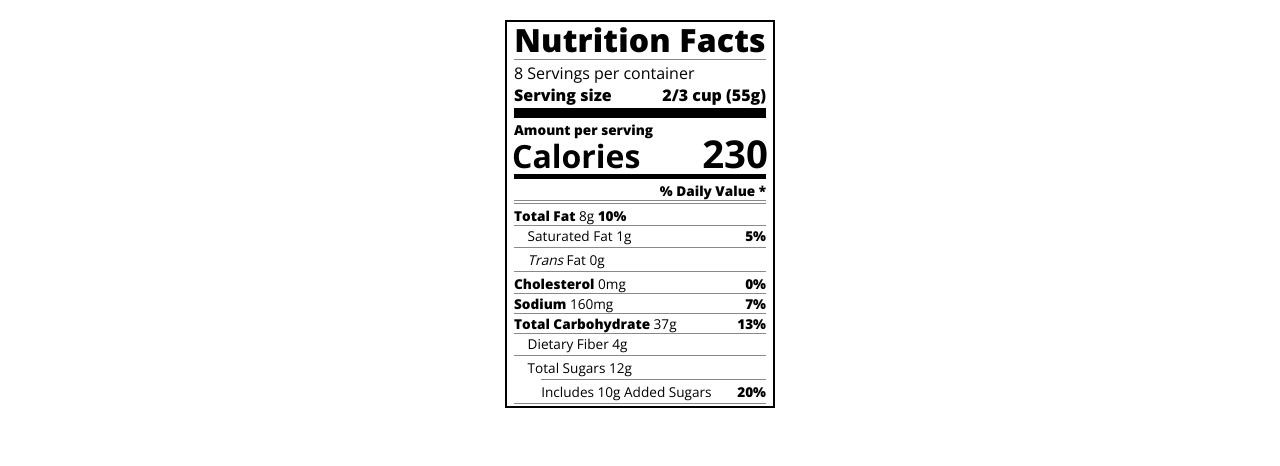
Repository: Lungdjos/typography
Page: index.html
An editor plug-in stored every save of this project. The page is shown before and after the next save, followed by the edit.
The browser window is 1280 px wide. The pictures show the whole page.

Above is the page before, as saved 2023-10-28 02:50:35.

### index.html
<!DOCTYPE html>
<html lang="en">

<head>
    <meta charset="UTF-8">
    <meta name="viewport" content="width=device-width, initial-scale=1.0">
    <title>Nutrition Label</title>
    <link rel="stylesheet" href="styles.css">
    <link rel="stylesheet" href="https://fonts.googleapis.com/css?family=Open+Sans:400,700,800">
</head>

<body>
    <div class="label">
        <header>
            <h1 class="bold">Nutrition Facts</h1>
            <div class="divider"></div>
            <p>8 Servings per container</p>
            <p class="bold">Serving size <span>2/3 cup (55g)</span></p>
        </header>
        <div class="divider large"></div>
        <div class="calories-info">
            <div class="left-container">
                <h2 class="bold small-text">Amount per serving</h2>
                <p>Calories</p>
            </div>
            <span>230</span>
        </div>
        <div class="divider medium"></div>
        <div class="daily-value small-text">
            <p class="bold right">% Daily Value *</p>
            <div class="divider"></div>
            <p><span><span class="bold">Total Fat</span> 8g <span class="bold">10%</span></span>
            </p>
            <p class="indent no-divider">Saturated Fat 1g <span class="bold">5%</span></p>
            <div class="divider"></div>
            <p class="indent no-divider"><span><i>Trans</i> Fat 0g</span></p>
            <div class="divider"></div>
            <p><span><span class="bold">Cholesterol </span> 0mg</span> <span class="bold">0%</span></p>
            <p><span><span class="bold">Sodium</span> 160mg</span> <span class="bold">7%</span></p>
            <p><span><span class="bold">Total Carbohydrate</span> 37g</span> <span class="bold">13%</span></p>
            <p class="indent no-divider">Dietary Fiber 4g</p>
            <div class="divider"></div>
            <p class="indent no-divider">Total Sugars 12g</p>
            <div class="divider double-indent"></div>
            <p class="double-indent no-divider">Includes 10g Added Sugars <span class="bold">20%</span></p>
            <div class="divider"></div>
            <p class="indent no-divider"></p>
        </div>
    </div>

</body>

</html>

### styles.css
body {
    font-family: "Open Sans", sans-serif;
}

html {
    font-size: 16px;
}

.label {
    border: 2px solid black;
    width: 270px;
    margin: 20px auto;
    padding: 0 7px;
}

* {
    box-sizing: border-box;
}

header h1 {
    text-align: center;
    margin: -4px 0;
    letter-spacing: .15PX;
}

p {
    margin: 0;
    display: flex;
    justify-content: space-between;
}

.divider {
    border-bottom: 1px solid #888989;
    margin: 2px 0;
}

.bold {
    font-weight: 800;
}

.large {
    height: 10px;
}

.large,
.medium {
    background-color: black;
    border: 0;
}

.small-text {
    font-size: .85rem;
}

.calories-info h2 {
    margin: 0;
}

.calories-info {
    display: flex;
    justify-content: space-between;
    align-items: flex-end;
}

.left-container p {
    margin: -5px -2px;
    font-size: 2em;
    font-weight: 700;
}

.calories-info span {
    font-size: 2.4em;
    font-weight: 700;
    margin: -7px -2px;
}

.medium {
    height: 5px;
}

.right {
    justify-content: flex-end;
}

.indent {
    margin-left: 1em;
}

.daily-value p:not(.no-divider) {
    border-bottom: 1px solid #888989;
}

.double-indent {
    margin-left: 2em;
}

After the next save:
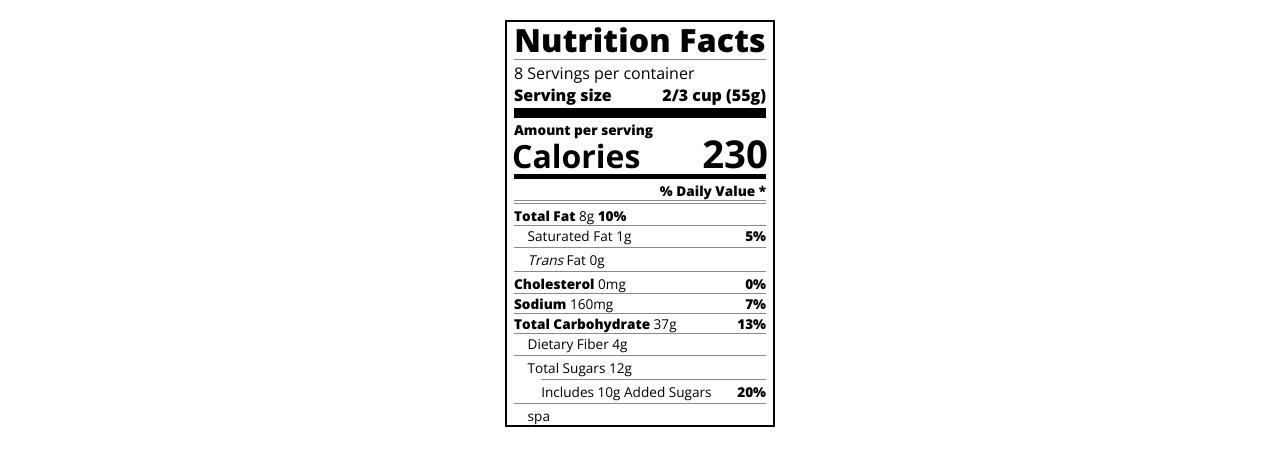
Saved 4 s later.
--- a/index.html
+++ b/index.html
@@ -44,7 +44,7 @@
             <div class="divider double-indent"></div>
             <p class="double-indent no-divider">Includes 10g Added Sugars <span class="bold">20%</span></p>
             <div class="divider"></div>
-            <p class="indent no-divider"></p>
+            <p class="indent no-divider">spa</p>
         </div>
     </div>
 

After the save that followed:
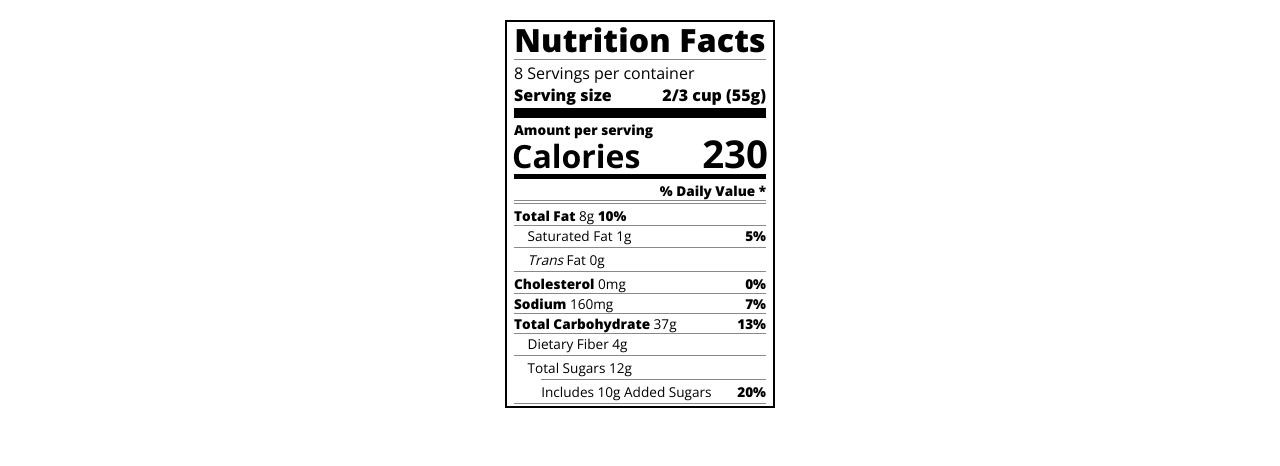
Saved 4 s later.
--- a/index.html
+++ b/index.html
@@ -44,7 +44,7 @@
             <div class="divider double-indent"></div>
             <p class="double-indent no-divider">Includes 10g Added Sugars <span class="bold">20%</span></p>
             <div class="divider"></div>
-            <p class="indent no-divider">spa</p>
+            <p class="indent no-divider"><span class="bold"></span></p>
         </div>
     </div>
 
